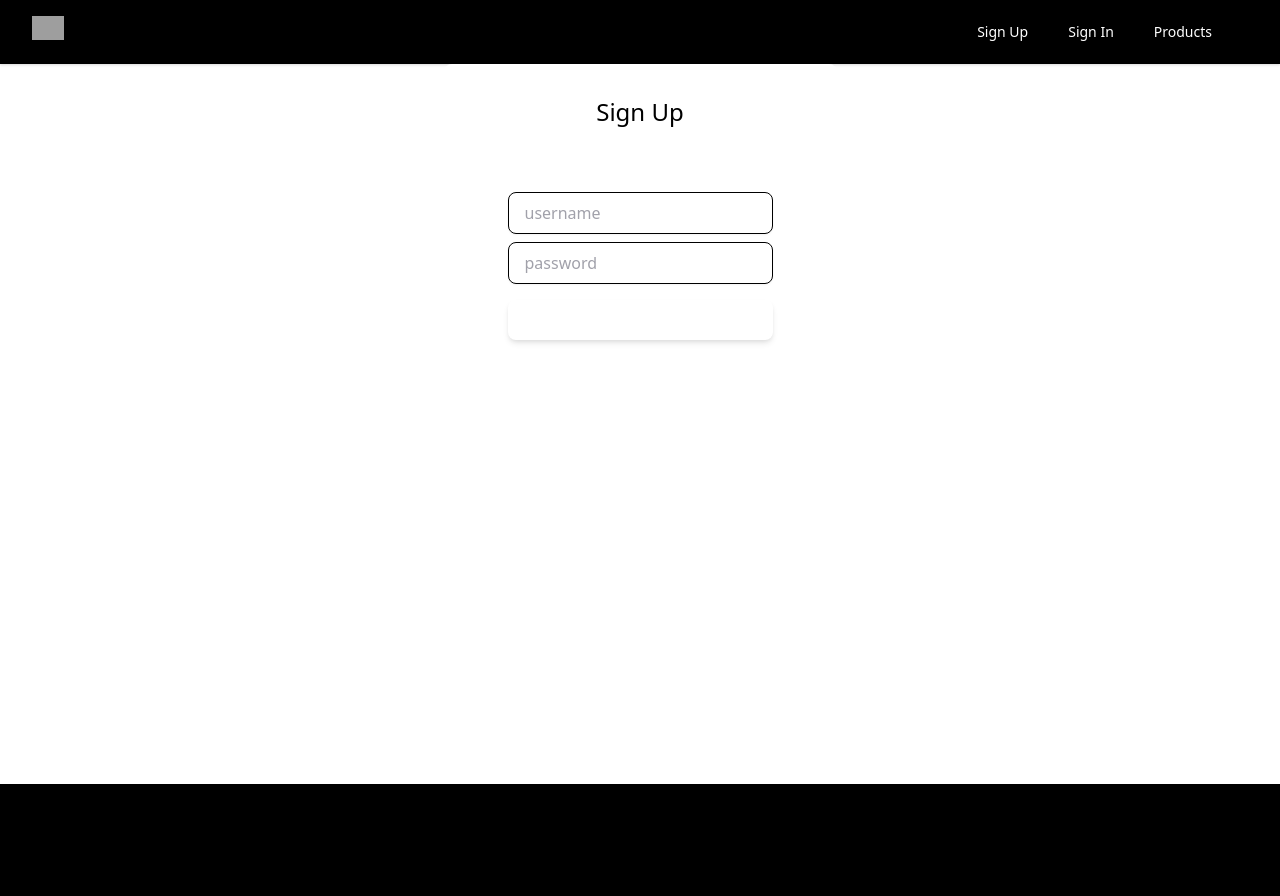
Repository: jesschoe/devup
Page: /signup (app in client/)
The author's editor kept a copy of each file at every save. The page is drawn from the files as they stood at one save, then again after a run of saves.
The browser window is 1280 px wide. The pictures show the whole page.
Pictures or frames that could not be fetched are drawn as grey boxes. The project was rebuilt for these pictures with package versions that can differ from the ones it lists, and the page was loaded fresh each time. Also part of the build but not shown: client/craco.config.js, client/src/screens/Home/Home.jsx, client/src/services/products.js, client/src/screens/ProductDetail/ProductDetail.jsx, client/src/screens/ProductEdit/ProductEdit.jsx, client/src/screens/ProductCreate/ProductCreate.jsx, client/src/screens/SignIn/SignIn.jsx, client/src/components/Product/Product.jsx and 2 more.

Above is the page before, as saved 2021-10-10 13:50:07.

After the next 2 saves:
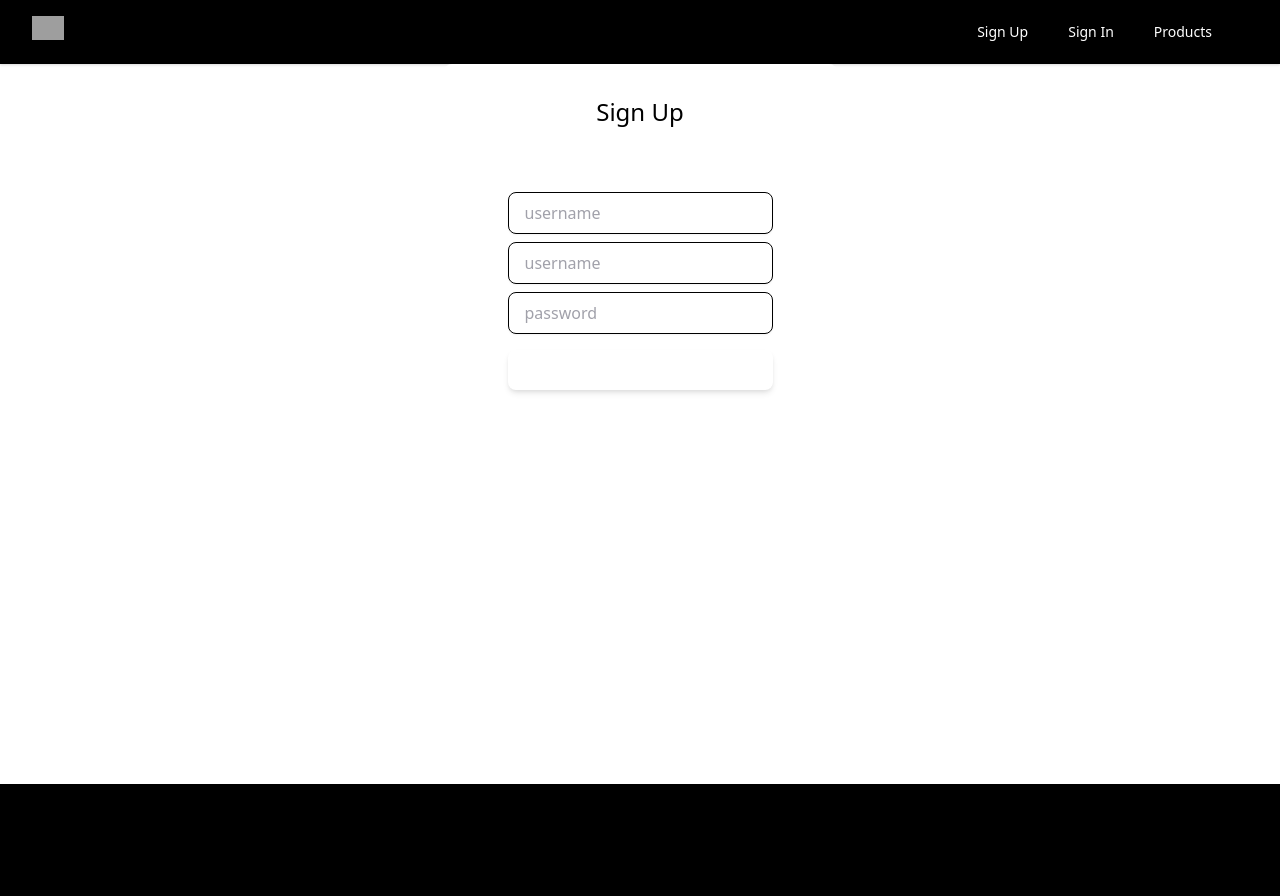
The 2 saves are shown as one change because they came seconds apart.
The last was saved 39 s later.
--- a/client/src/screens/SignUp/SignUp.jsx
+++ b/client/src/screens/SignUp/SignUp.jsx
@@ -77,6 +77,18 @@ const SignUp = (props) => {
                   />
                 </div>
               </div>
+              <div class="flex flex-col mb-2">
+                <div class=" relative ">
+                  <input
+                    className=" rounded-lg border-transparent flex-1 appearance-none border border-gray-300 w-full py-2 px-4 bg-white text-gray-700 placeholder-gray-400 shadow-sm text-base focus:outline-none focus:ring-2 focus:ring-purple-600 focus:border-transparent"
+                    required
+                    type="text"
+                    value={username}
+                    onChange={handleChange}
+                    placeholder="username"
+                  />
+                </div>
+              </div>
               <div className="flex flex-col mb-2">
                 <div className=" relative ">
                   <input
